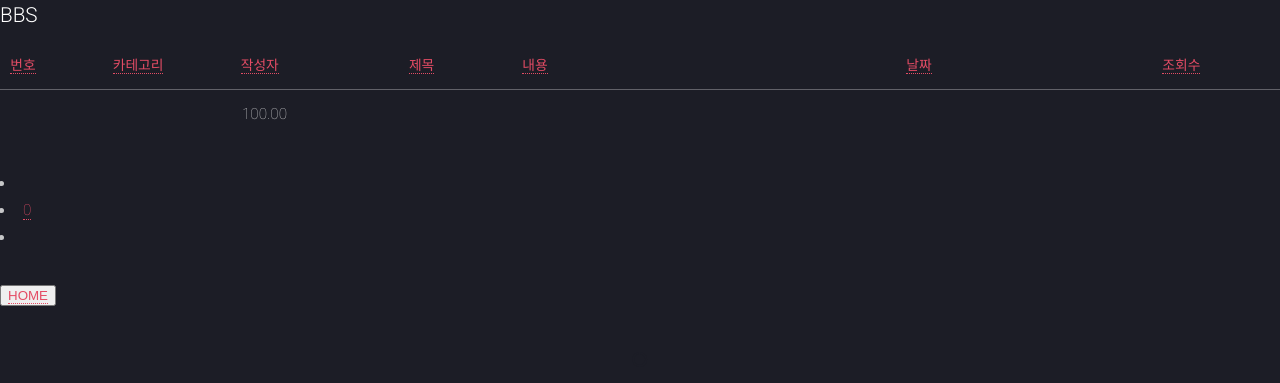
Repository: worMholEamkim/SpringEX
Page: http://localhost/bbs/bbs.do?page=0
The author's editor kept a copy of each file at every save. The page is drawn from the files as they stood at one save, then again after the next save.
The browser window is 1280 px wide. The pictures show the whole page.
The page is served by Tomcat 9. Queries for data that is not in the repository find no rows.

Above is the page before, as saved 2019-03-15 03:09:31.

After the next save:
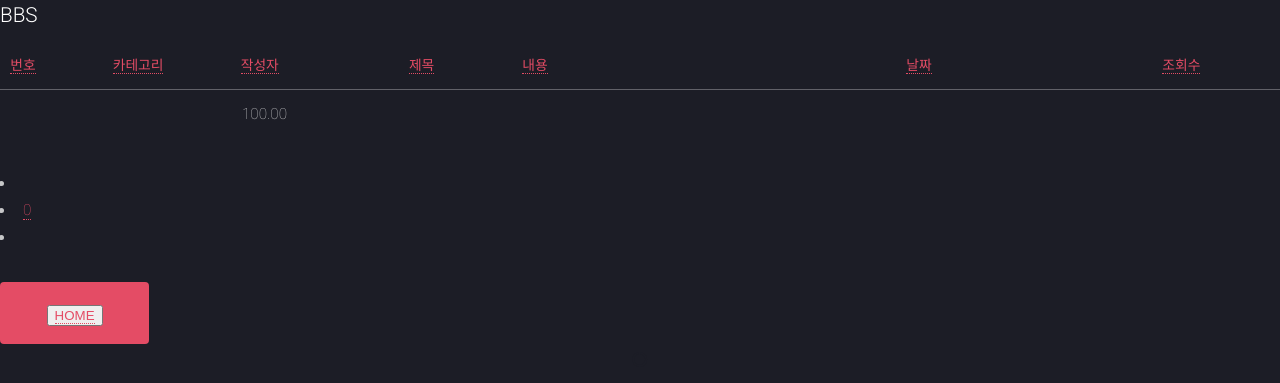
Saved 4 min 9 s later.
--- a/JSP_WepPage_Server-master.zip_expanded/JSP_WepPage_Server-master/bbs/WebContent/WEB-INF/bbs.jsp
+++ b/JSP_WepPage_Server-master.zip_expanded/JSP_WepPage_Server-master/bbs/WebContent/WEB-INF/bbs.jsp
@@ -86,13 +86,13 @@
 									</ul>
 								</div>
 								<c:if test='${sessionID!=null}'>
-									<div class="w3-panel">
+									<div class="button primary large">
 										<button class="w3-button w3-block  w3-black">
 											<a href='bbsupload2.do'>WRITE</a>
 										</button>
 									</div>
 								</c:if>
-								<div class="w3-panel">
+								<div class="button primary large">
 									<button class="w3-button w3-block w3-indigo">
 										<a href='home.do'>HOME</a>
 									</button>

After the save that followed:
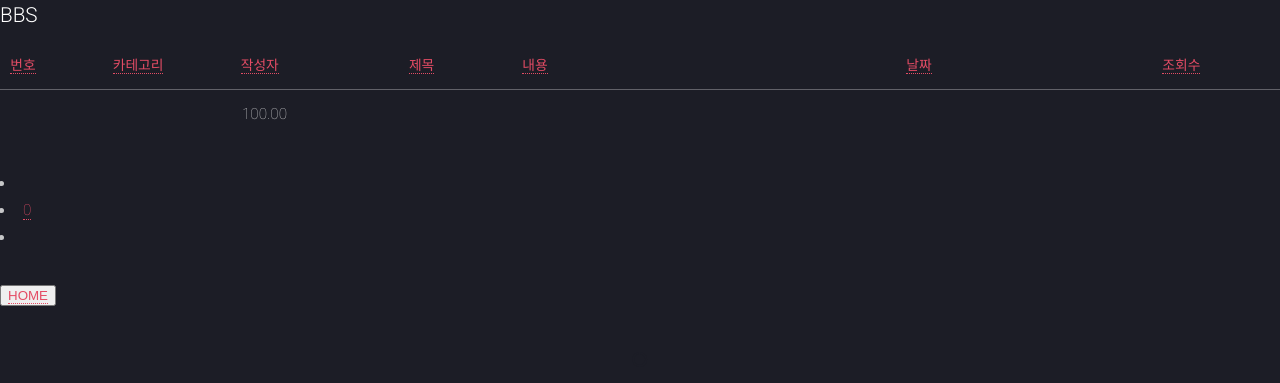
Saved 24 s later.
--- a/JSP_WepPage_Server-master.zip_expanded/JSP_WepPage_Server-master/bbs/WebContent/WEB-INF/bbs.jsp
+++ b/JSP_WepPage_Server-master.zip_expanded/JSP_WepPage_Server-master/bbs/WebContent/WEB-INF/bbs.jsp
@@ -86,13 +86,13 @@
 									</ul>
 								</div>
 								<c:if test='${sessionID!=null}'>
-									<div class="button primary large">
+									<div class="w3-panel">
 										<button class="w3-button w3-block  w3-black">
 											<a href='bbsupload2.do'>WRITE</a>
 										</button>
 									</div>
 								</c:if>
-								<div class="button primary large">
+								<div class="w3-panel">
 									<button class="w3-button w3-block w3-indigo">
 										<a href='home.do'>HOME</a>
 									</button>
